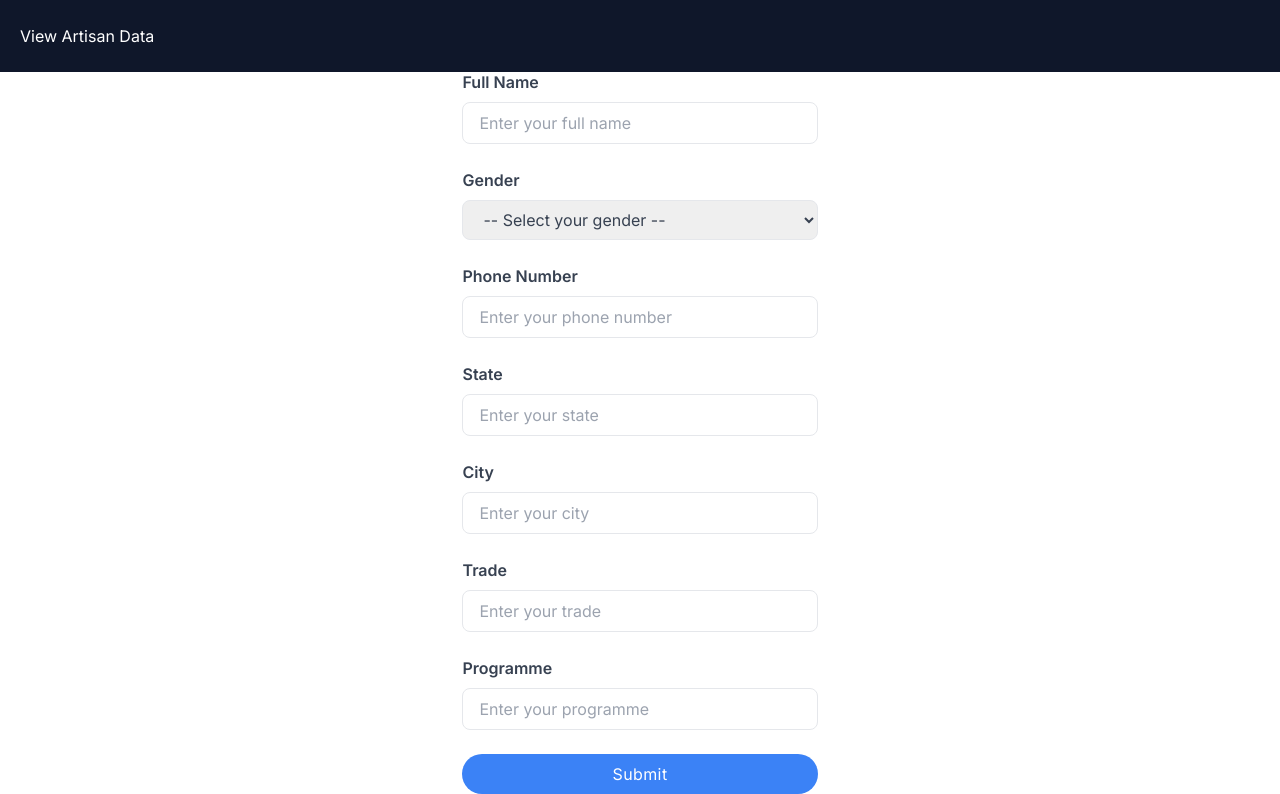
Repository: marcusdashe/artisanindex_frontend
Page: /components/CreateArtisan
These files come from the project's save history. The page is drawn as it stood at one moment and after the next save; the edit follows.
The browser window is 1280 px wide. The pictures show the whole page.
The page's requests for data from a server got no answer. The project was rebuilt for these pictures with package versions that can differ from the ones it lists, and the page was loaded fresh each time. The framework's server and built-in components were replaced by stand-ins that run in the browser. No one was signed in, and anything a server would have sent is missing. Also part of the build but not shown: next.config.js.

Above is the page before, as saved 2023-03-09 10:58:20.

After the next save:
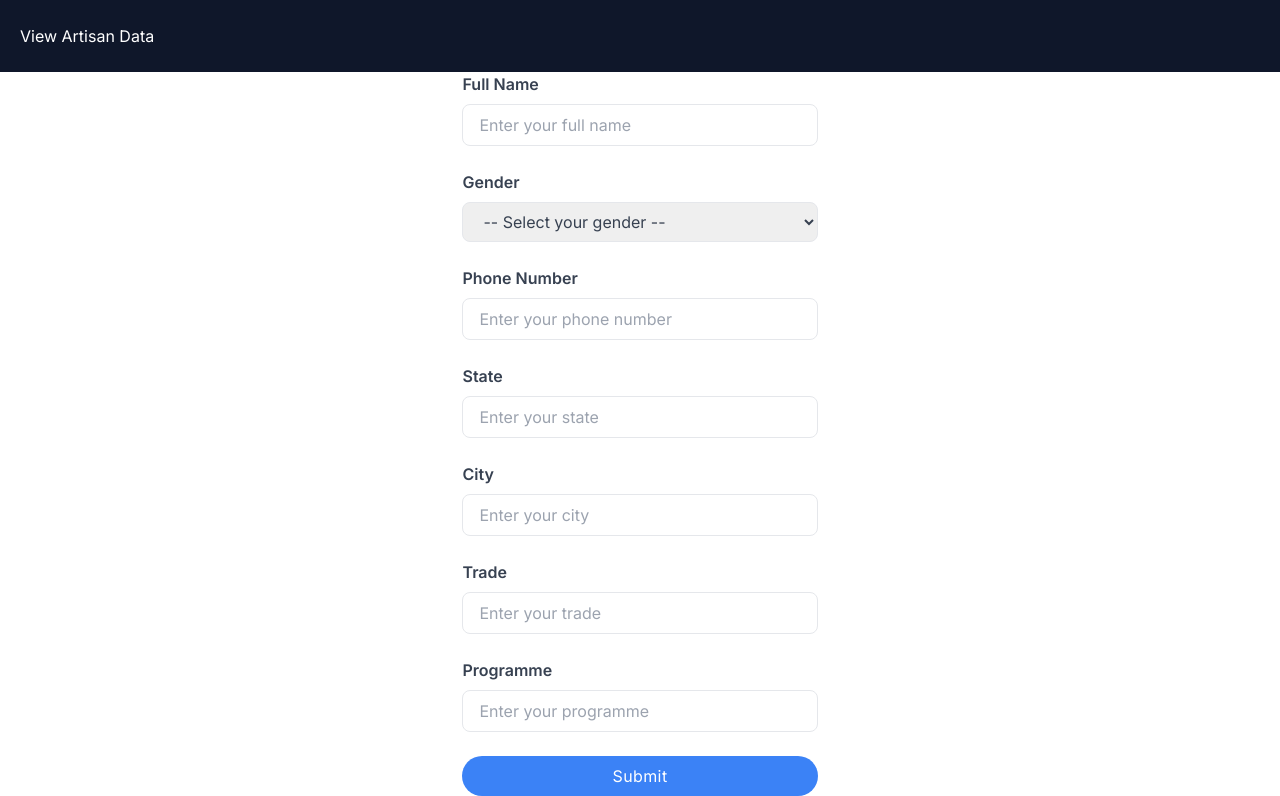
Saved 34 s later.
--- a/pages/components/CreateArtisan.js
+++ b/pages/components/CreateArtisan.js
@@ -155,10 +155,10 @@ function ViewArtisanDataScreen() {
 
   return (
     <div className="w-full h-[100vh]">
-      <div className="w-full h-[10vh] bg-slate-900 flex flex-row flex-wrap items-center content-center justify-start text-white p-5">
+      <div className="w-full h-[10vh] bg-slate-900 flex items-center content-center justify-start text-white p-5">
         View Artisan Data
       </div>
-      <div className="w-full h-[100vh] bg-white flex items-center justify-center">
+      <div className="w-full h-[100vh] bg-white flex flex-row flex-wrap items-center justify-center">
         <form onSubmit={handleSubmit}>
           <label htmlFor="fullName" className="block text-gray-700 font-bold">
             Full Name
